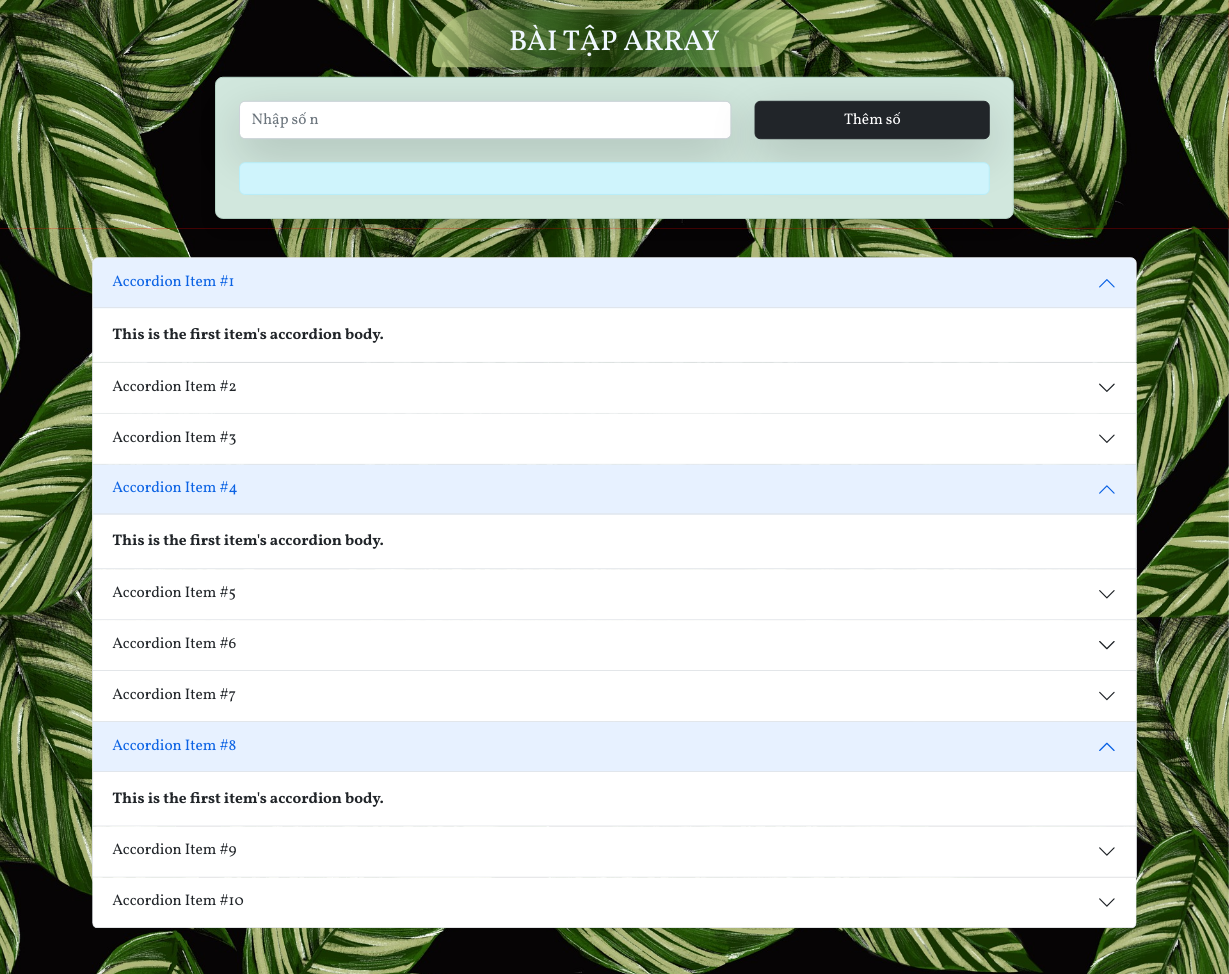
Repository: hcozyph/TranHuuPhuoc_BC43_BT_JS_Buoi7_8_ARRAY
Page: index.html
An editor plug-in stored every save of this project. The page is shown before and after the next save, followed by the edit.
The browser window is 1280 px wide. The pictures show the whole page, at 96% of full size.
Backgrounds fixed to the window are drawn as part of the page.

Above is the page before, as saved 2023-02-22 16:57:41.

After the next save:
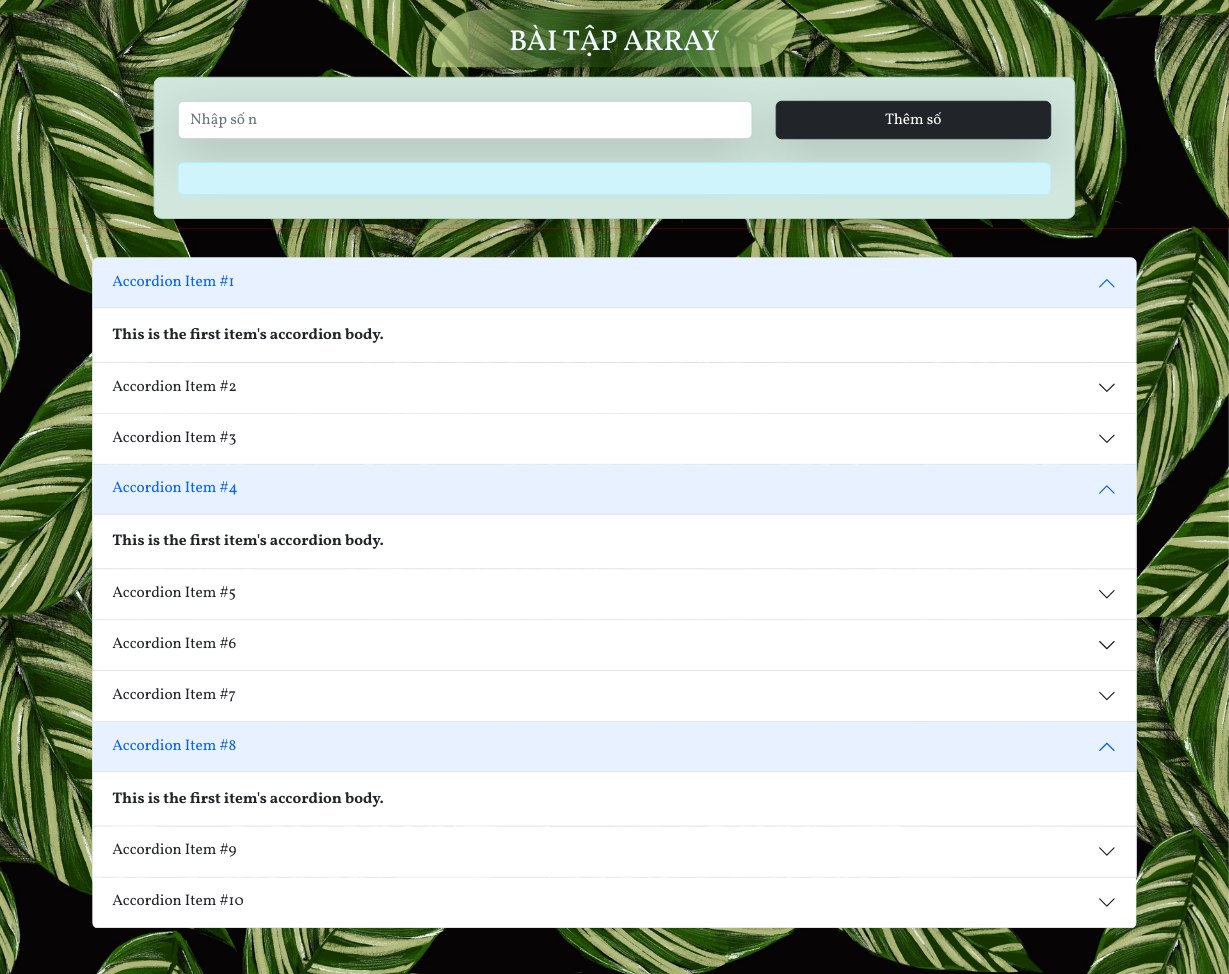
Saved 5 min 37 s later.
--- a/index.html
+++ b/index.html
@@ -43,7 +43,7 @@
                 <div
                     id="mainArray"
                     class="alert alert-success rounded-3 shadow p-4"
-                    style="margin: 10px auto; width: 65%"
+                    style="margin: 10px auto; width: 75%"
                 >
                     <div class="row row-cols-3">
                         <div class="col-8">
